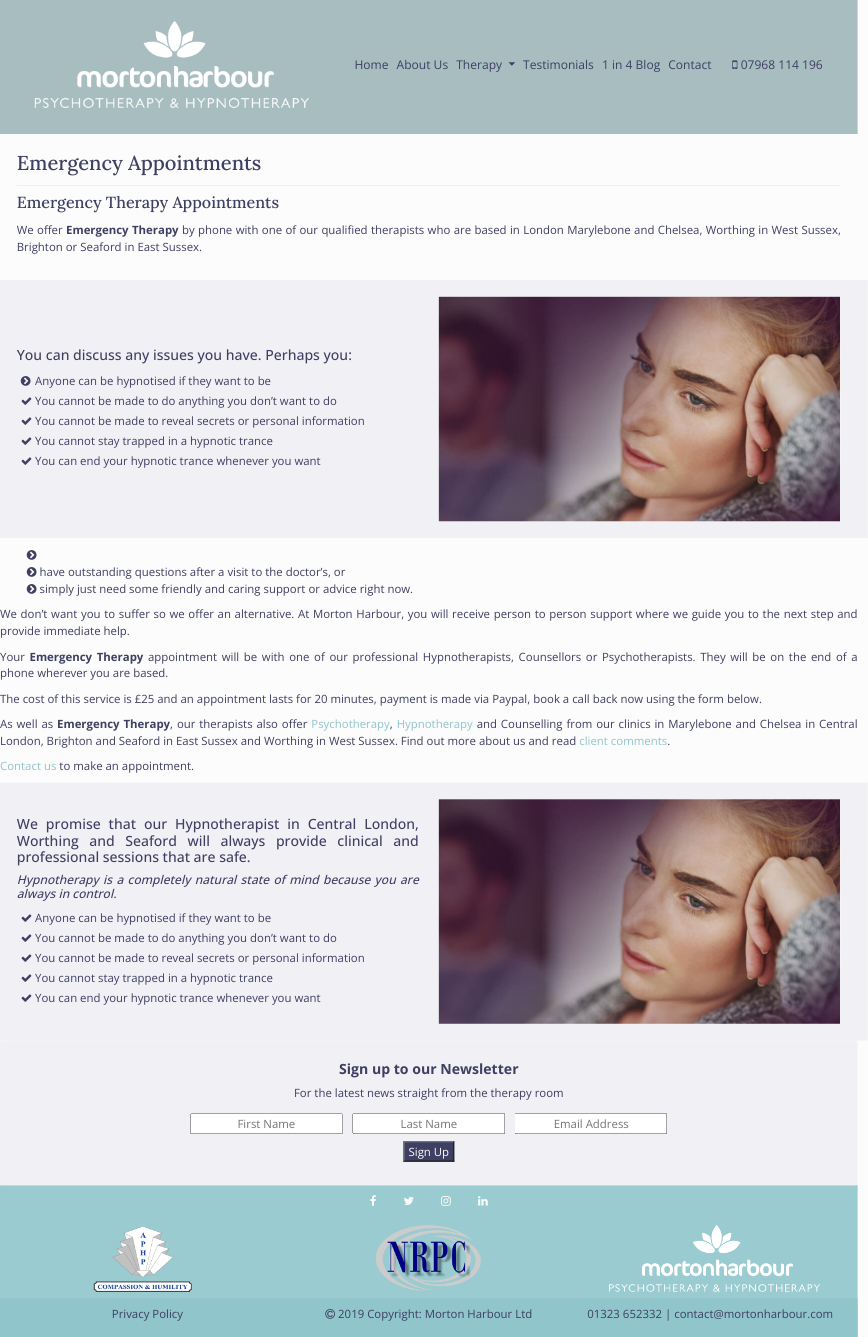
Repository: Code-Institute-Submissions/mortonharbour
Page: emergency therapy.html
The author's editor kept a record of every edit. The page is drawn from the files as they stood at one moment, then again after the next edit.
The browser window is 1280 px wide. The page is 1295 px wide, so the pictures cover 1295 px, including what lies to the right of the window. The pictures show the whole page, at 67% of full size.
Some web libraries are served in a nearby version.

Above is the page before.

After the next edit:
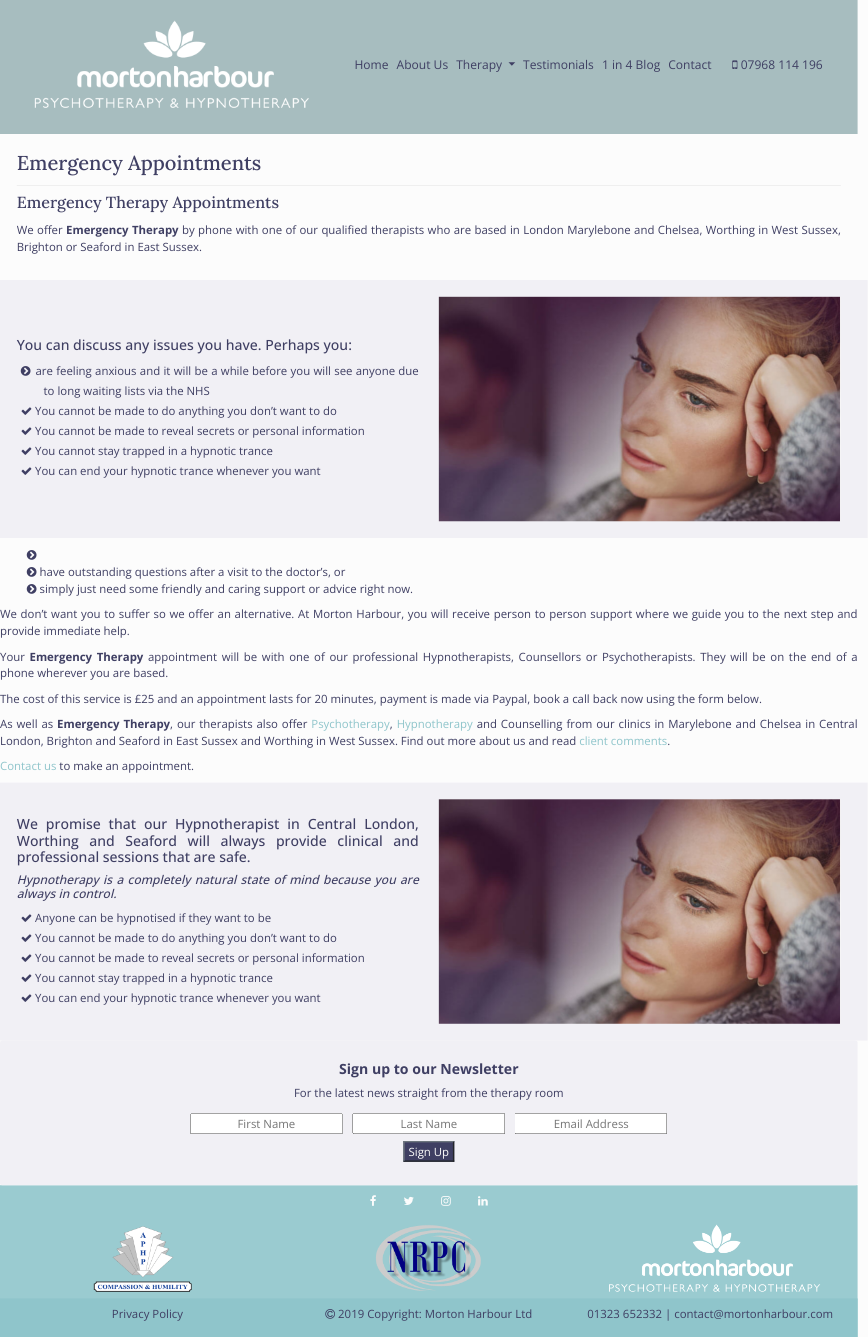
The edit:
--- a/emergency therapy.html
+++ b/emergency therapy.html
@@ -80,7 +80,7 @@
                     <p>
                         <h3>You can discuss any issues you have. Perhaps you:</h3>
                         <ul class="list-symptoms">
-                            <li><i class="fa fa-chevron-circle-right" aria-hidden="true"></i> Anyone can be hypnotised if they want to be
+                            <li><i class="fa fa-chevron-circle-right" aria-hidden="true"></i> are feeling anxious and it will be a while before you will see anyone due to long waiting lists via the NHS
                             </li>
                             <li><i class="fa fa-check" aria-hidden="true"></i> You cannot be made to do anything you don’t want to do
                             </li>
